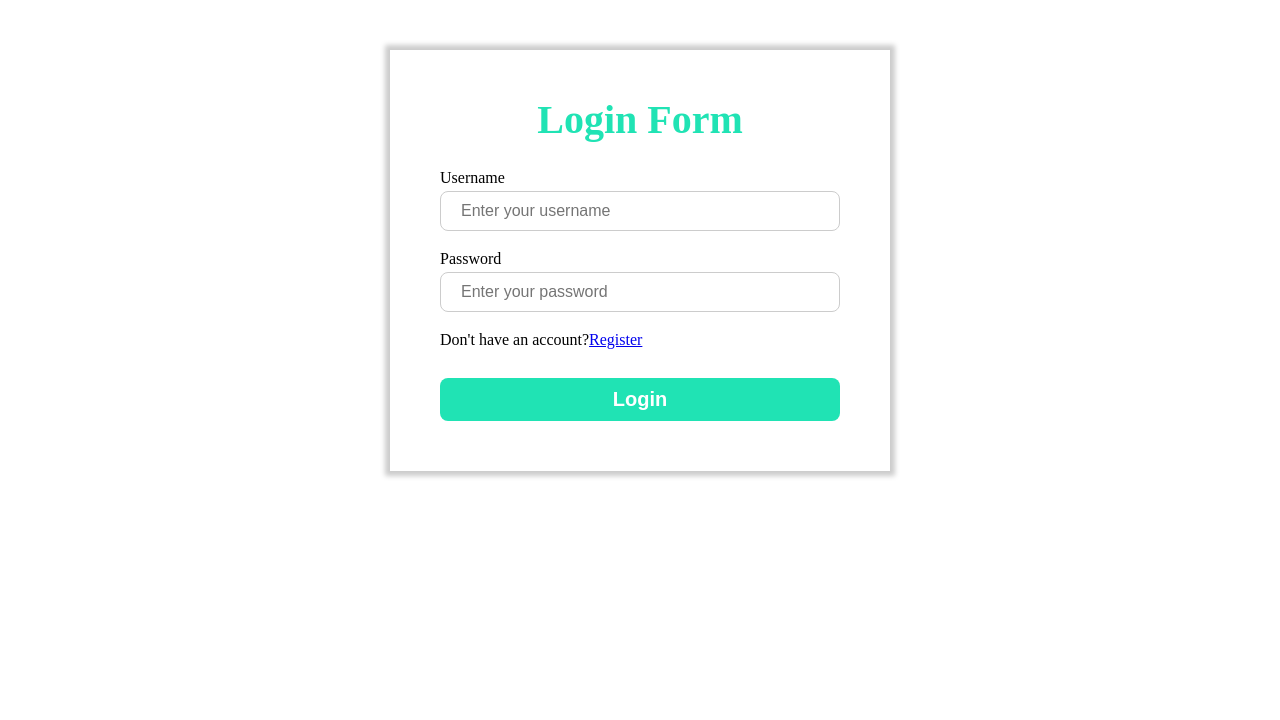
Repository: Trung0810/btl_cnpm_fe
Page: /
An editor plug-in stored every save of this project. The page is shown before and after the next save, followed by the edit.
The browser window is 1280 px wide. The pictures show the whole page.
The project was rebuilt for these pictures with package versions that can differ from the ones it lists, and the page was loaded fresh each time. Also part of the build but not shown: src/components/header/header.css, src/components/header/Header.js, src/components/footer/Footer.css, src/components/footer/Footer.js, src/components/shoes_list/ShoesCard.css, src/components/shoes_list/ShoesCard.js, src/components/shoes_list/ShoesList.css, src/components/shoes_list/ShoesList.js and 14 more.

Above is the page before, as saved 2026-03-31 09:23:09.

After the next save:
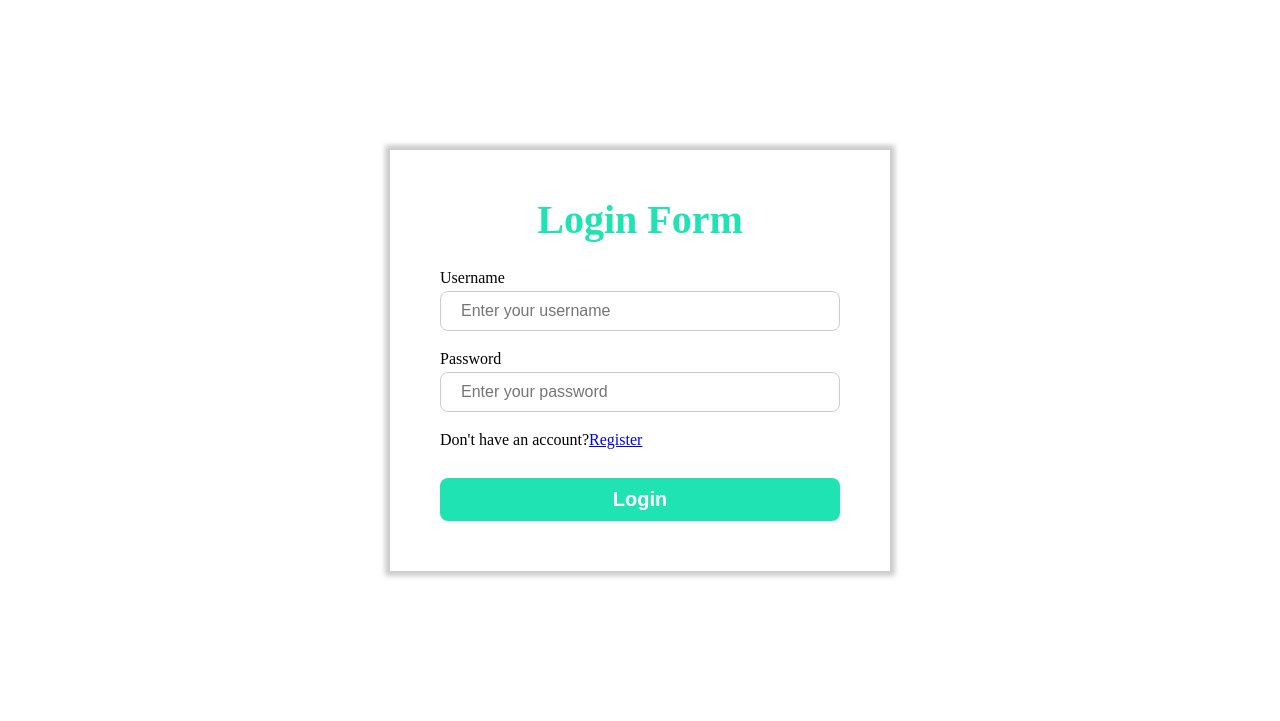
Saved 18 s later.
--- a/src/components/login_form/LoginForm.css
+++ b/src/components/login_form/LoginForm.css
@@ -1,7 +1,7 @@
 .login-form {
   width: 500px;
   padding: 50px;
-  margin: 50px auto;
+  margin: 150px auto;
   box-shadow: 0 0 5px 5px #ccc;
 }
 .login-form-title {
